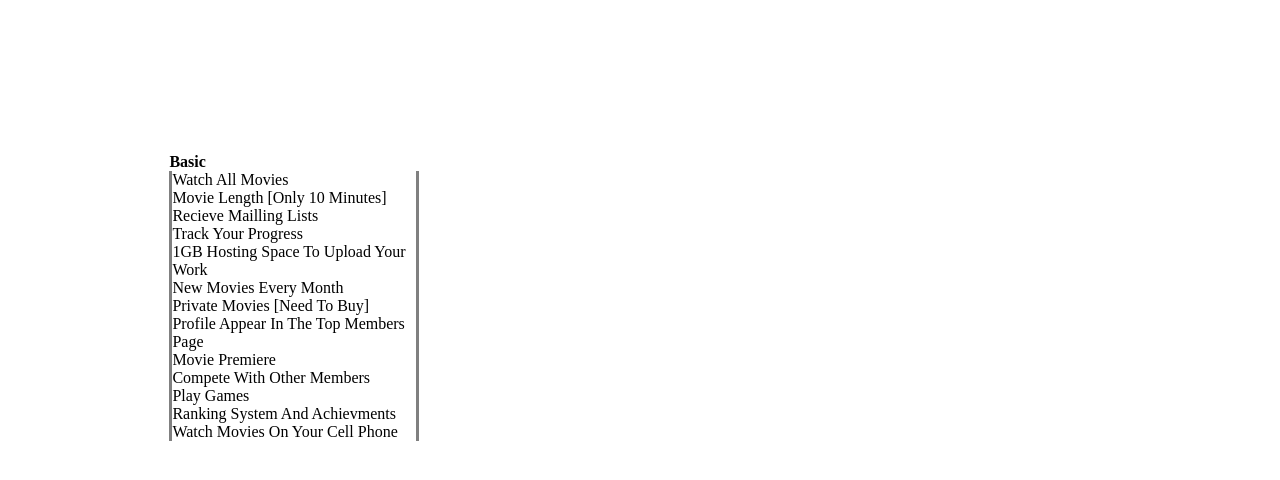
Repository: Z-ayat/Challenges
Page: Challenge 6/index.html
The author's editor kept a copy of each file at every save. The page is drawn from the files as they stood at one save, then again after the next save.
The browser window is 1280 px wide. The pictures show the whole page.

Above is the page before, as saved 2021-09-07 18:07:18.

### Challenge 6/index.html
<!DOCTYPE html>
<html lang="en">

<head>
    <meta charset="UTF-8">
    <link rel="stylesheet" href="./styling/css/master.css">
    <title>Features Comparison</title>
</head>

<body>
    <div class="layout">

        <div class="basic">
            <h4>Basic</h4>
            <p class="specs">Watch All Movies</p>
            <p class="specs">movie length [Only 10 minutes]</p>
            <p class="specs">Recieve mailling lists</p>
            <p class="specs">track your progress</p>
            <p class="specs">1GB hosting space to upload your work</p>
            <p class="specs">new movies every month</p>
            <p class="specs">private movies [need to buy]</p>
            <p class="specs">profile appear in the top members page</p>
            <p class="specs">movie premiere</p>
            <p class="specs">compete with other members</p>
            <p class="specs">play games</p>
            <p class="specs">ranking system and achievments</p>
            <p class="specs">watch movies on your cell phone</p>
        </div>
        <div class="professional"></div>

    </div>
</body>

</html>

### Challenge 6/styling/css/master.css
* {
    margin: 0;
    padding: 0;
    box-sizing: border-box;
}

:root {
    --bodyclr: #F6F6F6;
    --basicclr: #F44336;
    -proffclr: #2196F3;
    --checkedclr: #009688;
    --falseclr: #E91E63;
    --normal: #FFFFFF;
}

.layout {
    display: grid;
    grid-template-columns: 1fr 3fr 3fr 1fr;
    gap: 15px;
    grid-template-rows: 1fr 3fr 1fr;
    height: 100vh;
}

.basic {
    height: 300px;
    width: 250px;
    grid-column: 2 / 2;
    grid-row: 2 / 2;
}

.specs {
    border: grey solid;
    border-top: 2px;
    border-bottom: 2px;
    text-transform: capitalize;
}

After the next save:
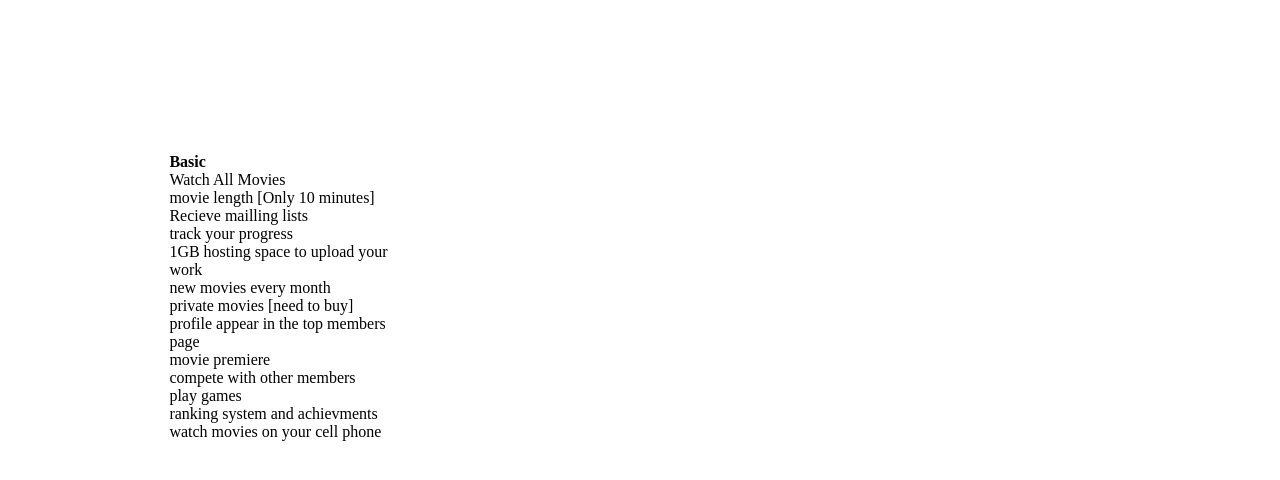
Saved 13 s later.
--- a/Challenge 6/styling/css/master.css
+++ b/Challenge 6/styling/css/master.css
@@ -28,7 +28,7 @@
     grid-row: 2 / 2;
 }
 
-.specs {
+.specs p {
     border: grey solid;
     border-top: 2px;
     border-bottom: 2px;
